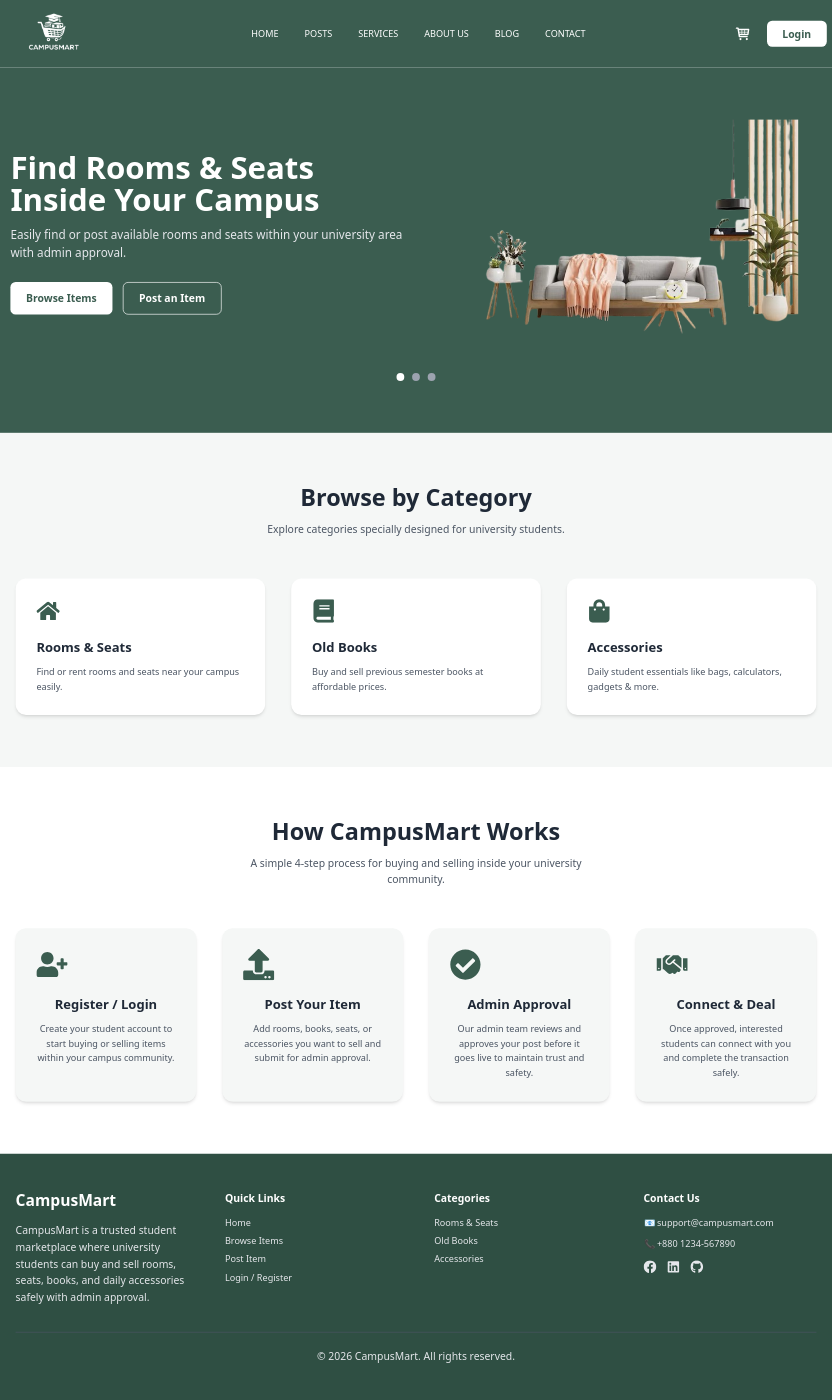
Repository: jahidhasanri/CAMPUSMART
Page: /
The author's editor kept a copy of each file at every save. The page is drawn from the files as they stood at one save, then again after the next save.
The browser window is 1280 px wide. The pictures show the whole page, at 65% of full size.
The project was rebuilt for these pictures with package versions that can differ from the ones it lists, and the page was loaded fresh each time. Also part of the build but not shown: vite.config.js.

Above is the page before, as saved 2026-01-12 23:40:07.

After the next save:
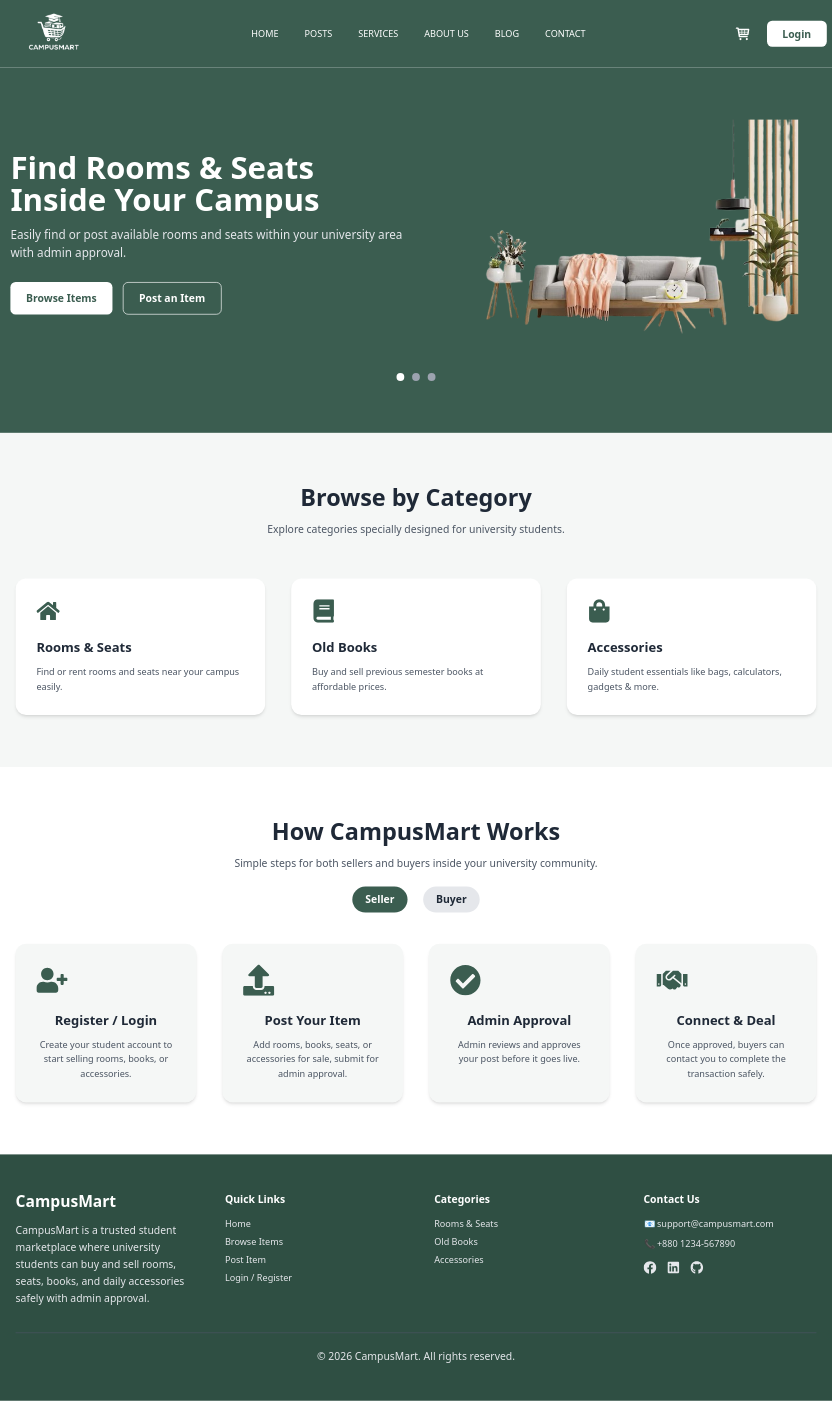
Saved 3 min 8 s later.
--- a/src/components/HowItWorks.jsx
+++ b/src/components/HowItWorks.jsx
@@ -1,92 +1,88 @@
-/* eslint-disable no-unused-vars */
-import { motion } from "framer-motion";
-import { FaUserPlus, FaUpload, FaCheckCircle, FaHandshake } from "react-icons/fa";
+import { useState } from "react";
+import { motion, AnimatePresence } from "framer-motion";
+import { FaUserPlus, FaUpload, FaCheckCircle, FaHandshake, FaSearch, FaInfoCircle, FaPhone, FaShoppingCart } from "react-icons/fa";
 
-const steps = [
-  {
-    id: 1,
-    icon: <FaUserPlus />,
-    title: "Register / Login",
-    desc: "Create your student account to start buying or selling items within your campus community.",
-  },
-  {
-    id: 2,
-    icon: <FaUpload />,
-    title: "Post Your Item",
-    desc: "Add rooms, books, seats, or accessories you want to sell and submit for admin approval.",
-  },
-  {
-    id: 3,
-    icon: <FaCheckCircle />,
-    title: "Admin Approval",
-    desc: "Our admin team reviews and approves your post before it goes live to maintain trust and safety.",
-  },
-  {
-    id: 4,
-    icon: <FaHandshake />,
-    title: "Connect & Deal",
-    desc: "Once approved, interested students can connect with you and complete the transaction safely.",
-  },
+const sellerSteps = [
+  { id: 1, icon: <FaUserPlus />, title: "Register / Login", desc: "Create your student account to start selling rooms, books, or accessories." },
+  { id: 2, icon: <FaUpload />, title: "Post Your Item", desc: "Add rooms, books, seats, or accessories for sale, submit for admin approval." },
+  { id: 3, icon: <FaCheckCircle />, title: "Admin Approval", desc: "Admin reviews and approves your post before it goes live." },
+  { id: 4, icon: <FaHandshake />, title: "Connect & Deal", desc: "Once approved, buyers can contact you to complete the transaction safely." },
+];
+
+const buyerSteps = [
+  { id: 1, icon: <FaSearch />, title: "Browse Items", desc: "Explore available rooms, books, and accessories inside your campus." },
+  { id: 2, icon: <FaInfoCircle />, title: "Check Details", desc: "See post info, price, location, and ensure it is admin approved." },
+  { id: 3, icon: <FaPhone />, title: "Connect With Seller", desc: "Contact the seller safely to negotiate or ask questions." },
+  { id: 4, icon: <FaShoppingCart />, title: "Buy / Rent", desc: "Complete the transaction and enjoy your new item." },
 ];
 
 const fadeUp = {
   hidden: { opacity: 0, y: 60 },
-  visible: {
-    opacity: 1,
-    y: 0,
-    transition: {
-      duration: 0.7,
-      ease: "easeOut",
-    },
-  },
+  visible: { opacity: 1, y: 0, transition: { duration: 0.7, ease: "easeOut" } },
 };
 
 const HowItWorks = () => {
+  const [activeTab, setActiveTab] = useState("seller");
+
+  const steps = activeTab === "seller" ? sellerSteps : buyerSteps;
+
   return (
     <section className="py-20 bg-white">
       <div className="max-w-[1300px] mx-auto px-6">
 
-        {/* Section Title */}
+        {/* SECTION TITLE + TAB */}
         <motion.div
           variants={fadeUp}
           initial="hidden"
           whileInView="visible"
           viewport={{ once: true }}
-          className="text-center mb-16"
+          className="text-center mb-12"
         >
           <h2 className="text-3xl md:text-4xl font-bold text-gray-800 mb-4">
             How CampusMart Works
           </h2>
           <p className="text-gray-600 max-w-xl mx-auto">
-            A simple 4-step process for buying and selling inside your university community.
+            Simple steps for both sellers and buyers inside your university community.
           </p>
+
+          {/* Tabs */}
+          <div className="flex justify-center gap-6 mt-6">
+            <button
+              className={`px-5 py-2 rounded-full font-semibold ${activeTab === "seller" ? "bg-[#3b5d50] text-white" : "bg-gray-200 text-gray-800"}`}
+              onClick={() => setActiveTab("seller")}
+            >
+              Seller
+            </button>
+            <button
+              className={`px-5 py-2 rounded-full font-semibold ${activeTab === "buyer" ? "bg-[#3b5d50] text-white" : "bg-gray-200 text-gray-800"}`}
+              onClick={() => setActiveTab("buyer")}
+            >
+              Buyer
+            </button>
+          </div>
         </motion.div>
 
         {/* Steps Grid */}
         <div className="grid grid-cols-1 md:grid-cols-2 lg:grid-cols-4 gap-10">
-          {steps.map((step, index) => (
-            <motion.div
-              key={step.id}
-              variants={fadeUp}
-              initial="hidden"
-              whileInView="visible"
-              viewport={{ once: true }}
-              transition={{ delay: index * 0.2 }}
-              className="bg-[#f5f7f6] p-8 rounded-2xl shadow-md hover:shadow-lg transition-shadow duration-300 text-center"
-            >
-              <div className="text-5xl text-[#3b5d50] mb-6">
-                {step.icon}
-              </div>
-              <h3 className="text-xl font-semibold text-gray-800 mb-3">
-                {step.title}
-              </h3>
-              <p className="text-gray-600 text-sm leading-relaxed">
-                {step.desc}
-              </p>
-            </motion.div>
-          ))}
+          <AnimatePresence mode="wait">
+            {steps.map((step, index) => (
+              <motion.div
+                key={step.id}
+                variants={fadeUp}
+                initial="hidden"
+                whileInView="visible"
+                exit={{ opacity: 0, y: 40, transition: { duration: 0.3 } }}
+                viewport={{ once: true }}
+                transition={{ delay: index * 0.15 }}
+                className="bg-[#f5f7f6] p-8 rounded-2xl shadow-md hover:shadow-lg transition-shadow duration-300 text-center"
+              >
+                <div className="text-5xl text-[#3b5d50] mb-6">{step.icon}</div>
+                <h3 className="text-xl font-semibold text-gray-800 mb-3">{step.title}</h3>
+                <p className="text-gray-600 text-sm leading-relaxed">{step.desc}</p>
+              </motion.div>
+            ))}
+          </AnimatePresence>
         </div>
-
       </div>
     </section>
   );
